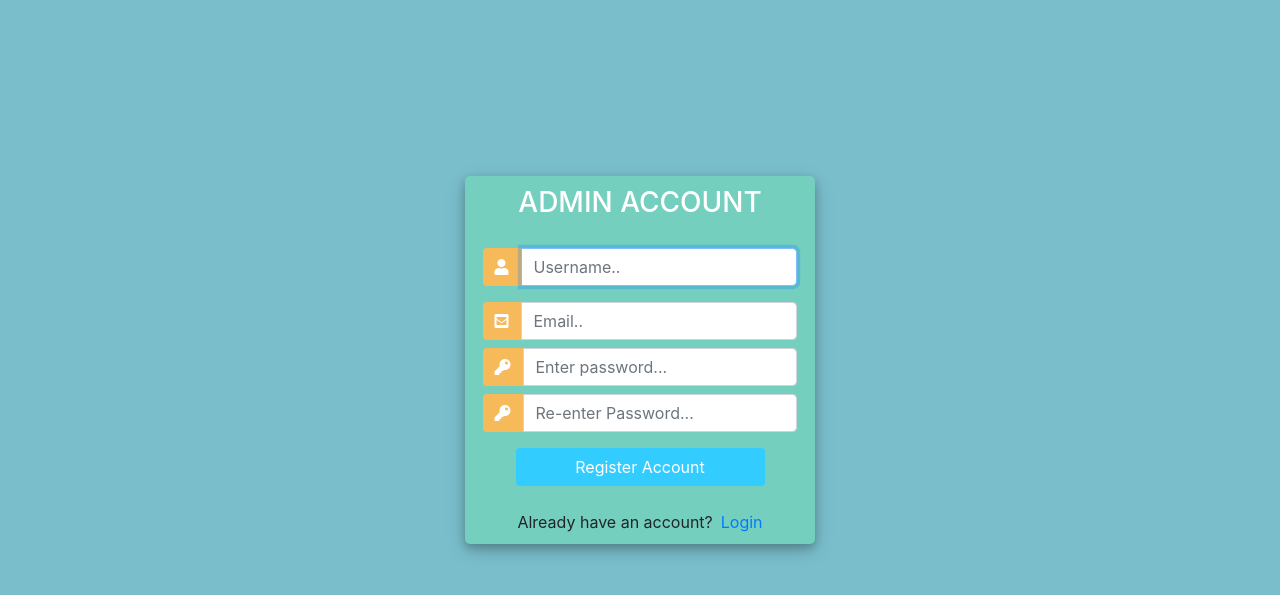
Repository: Abdaljawad-Aya/login-register-auth-validation-Django
Page: http://localhost/register/
These files come from the project's save history. The page is drawn as it stood at one moment and after the next save; the edit follows.
The browser window is 1280 px wide. The pictures show the whole page.
Some web libraries are served in a nearby version. The page is served by the project's application, run on Django 3.2 (project8/manage.py). Other server files are loaded and not shown.

Above is the page before, as saved 2021-03-11 22:19:38.

### project8/project8/templates/register.html
<!DOCTYPE html>
<html>

<head>
	<title>Login</title>
	<link rel="stylesheet" href="https://stackpath.bootstrapcdn.com/bootstrap/4.1.3/css/bootstrap.min.css" integrity="sha384-MCw98/SFnGE8fJT3GXwEOngsV7Zt27NXFoaoApmYm81iuXoPkFOJwJ8ERdknLPMO" crossorigin="anonymous">
	<script src="https://ajax.googleapis.com/ajax/libs/jquery/3.3.1/jquery.min.js"></script>
	<link rel="stylesheet" href="https://use.fontawesome.com/releases/v5.6.1/css/all.css" integrity="sha384-gfdkjb5BdAXd+lj+gudLWI+BXq4IuLW5IT+brZEZsLFm++aCMlF1V92rMkPaX4PP" crossorigin="anonymous">

	<style>
		body,
		html {
			margin: 0;
			padding: 0;
			height: 100%;
			background: #7abecc !important;
		}
		.user_card {
			width: 350px;
			margin-top: auto;
			margin-bottom: auto;
			background: #74cfbf;
			position: relative;
			display: flex;
			justify-content: center;
			flex-direction: column;
			padding: 10px;
			box-shadow: 0 4px 8px 0 rgba(0, 0, 0, 0.2), 0 6px 20px 0 rgba(0, 0, 0, 0.19);
			-webkit-box-shadow: 0 4px 8px 0 rgba(0, 0, 0, 0.2), 0 6px 20px 0 rgba(0, 0, 0, 0.19);
			-moz-box-shadow: 0 4px 8px 0 rgba(0, 0, 0, 0.2), 0 6px 20px 0 rgba(0, 0, 0, 0.19);
			border-radius: 5px;

		}

		.form_container {
			margin-top: 20px;
		}

		#form-title{
			color: #fff;
		}
		.login_btn {
			width: 100%;
			background: #33ccff !important;
			color: white !important;
		}
		.login_btn:focus {
			box-shadow: none !important;
			outline: 0px !important;
		}
		.login_container {
			padding: 0 2rem;
		}
		.input-group-text {
			background: #f7ba5b !important;
			color: white !important;
			border: 0 !important;
			border-radius: 0.25rem 0 0 0.25rem !important;
		}
		.input_user,
		.input_pass:focus {
			box-shadow: none !important;
			outline: 0px !important;
		}

	</style>

</head>
<body>
	<div class="container h-100">
		<div class="d-flex justify-content-center h-100">
			<div class="user_card">
				<div class="d-flex justify-content-center">
					<h3 id="form-title">ADMIN ACCOUNT</h3>
				</div>
				<div class="d-flex justify-content-center form_container">

					<form method="POST" action="">
            {% csrf_token %}

						<div class="input-group mb-3">
							<div class="input-group-append">
								<span class="input-group-text"><i class="fas fa-user"></i></span>
							</div>
							{{form.username}}
						</div>
						<div class="input-group mb-2">
							<div class="input-group-append">
								<span class="input-group-text"><i class="fas fa-envelope-square"></i></span>
							</div>
							  {{form.email}}

						</div>
						<div class="input-group mb-2">
							<div class="input-group-append">
								<span class="input-group-text"><i class="fas fa-key"></i></span>
							</div>
							  {{form.password1}}
						</div>
						<div class="input-group mb-2">
							<div class="input-group-append">
								<span class="input-group-text"><i class="fas fa-key"></i></span>
							</div>
							 {{form.password2}}
						</div>

				   		<div class="d-flex justify-content-center mt-3 login_container">
				 			<input class="btn login_btn" type="submit" value="Register Account">
				   		</div>
					</form>
				</div>

				<div class="mt-4">
					<div class="d-flex justify-content-center links">
						Already have an account? <a href="{% url 'login' %}" class="ml-2">Login</a>
					</div>
				</div>
			</div>
		</div>
	</div>
	<script>
						/* Because i didnt set placeholder values in forms.py they will be set here using vanilla Javascript
		//We start indexing at one because CSRF_token is considered and input field
		 */

		//Query All input fields
		var form_fields = document.getElementsByTagName('input')
		form_fields[1].placeholder='Username..';
		form_fields[2].placeholder='Email..';
		form_fields[3].placeholder='Enter password...';
		form_fields[4].placeholder='Re-enter Password...';


		for (var field in form_fields){
			form_fields[field].className += ' form-control'
		}
	</script>
</body>
</html>



{% comment %} <h1>register</h1>


<form method="POST" action>
  {% csrf_token %}
  {{form.username.label}}
  {{form.username}}

  {{form.email.label}}
  {{form.email}}

  {{form.password1.label}}
  {{form.password1}}

  {{form.password2.label}}
  {{form.password2}}
     <input type="submit" name="Create User">
</form> {% endcomment %}

### project8/project8/App/forms.py
from django.forms import ModelForm
from django.contrib.auth.forms import UserCreationForm
from django.contrib.auth.models import User
from django import forms

from .models import Data_Source



class OrderForm(ModelForm):
  class Meta:
          model  = Data_Source
          fields = '__all__'

class CreateUserForm(UserCreationForm):
    class Meta:
          model  = User
          fields = ['username','email','password1','password2']

### project8/project8/App/views.py
from django.shortcuts import render
from django.contrib.auth.forms import UserCreationForm


# Create your views here.
from .models import *
from .forms import OrderForm, CreateUserForm
from .filters import OrderFilters


def registerPage(request):
    form = CreateUserForm()

    if request.method == 'POST':
        form = CreateUserForm(request.POST)
        if form.is_valid():
              form.save()

    context ={'form':form}
    return render(request, '../templates/register.html', context)


def loginPage(request):
    context ={}
    return render(request, '../templates/login.html', context)

def index(request):
    return render(request , "index.html")

### project8/project8/project8/urls.py
"""project8 URL Configuration

The `urlpatterns` list routes URLs to views. For more information please see:
    https://docs.djangoproject.com/en/3.1/topics/http/urls/
Examples:
Function views
    1. Add an import:  from my_app import views
    2. Add a URL to urlpatterns:  path('', views.home, name='home')
Class-based views
    1. Add an import:  from other_app.views import Home
    2. Add a URL to urlpatterns:  path('', Home.as_view(), name='home')
Including another URLconf
    1. Import the include() function: from django.urls import include, path
    2. Add a URL to urlpatterns:  path('blog/', include('blog.urls'))
"""
from django.contrib import admin
from django.urls import path
from App import views

urlpatterns = [
    path('register/', views.registerPage, name="register"),
    path('login/', views.loginPage, name="login"),

    path('admin/', admin.site.urls),
    path('', views.index),
]

After the next save:
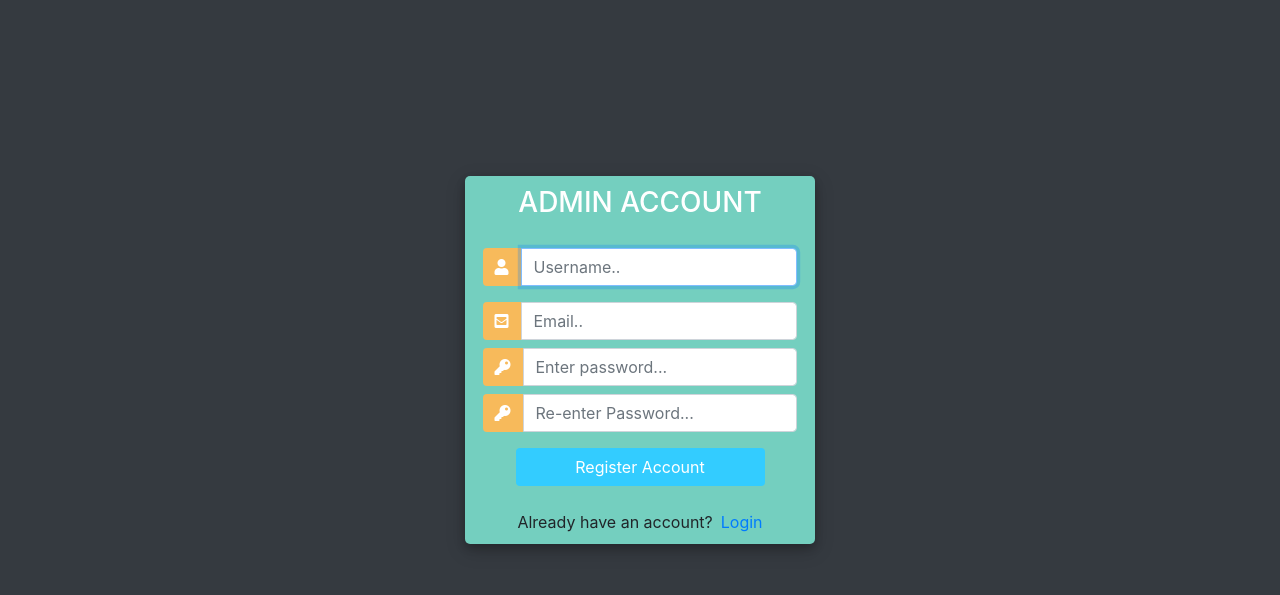
Saved 82 s later.
--- a/project8/project8/templates/register.html
+++ b/project8/project8/templates/register.html
@@ -13,7 +13,7 @@
 			margin: 0;
 			padding: 0;
 			height: 100%;
-			background: #7abecc !important;
+			background: #353a40 !important;
 		}
 		.user_card {
 			width: 350px;
